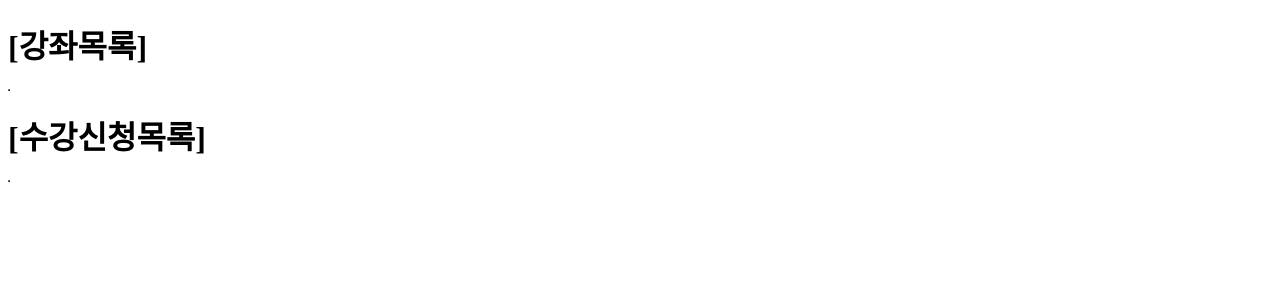
Repository: whwlsghkstm/html
Page: http://localhost/Ex0506/student/list.jsp
The author's editor kept a copy of each file at every save. The page is drawn from the files as they stood at one save, then again after the next save.
The browser window is 1280 px wide. The pictures show the whole page.
Some web libraries are served in a nearby version. The page is served by Tomcat 9. Queries for data that is not in the repository find no rows.

Above is the page before, as saved 2020-05-06 07:45:31.

After the next save:
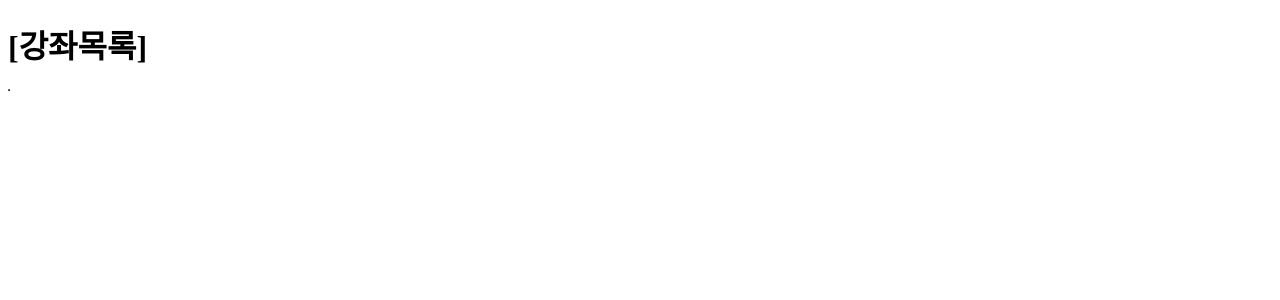
Saved 92 s later.
--- a/Ex0506/WebContent/student/list.jsp
+++ b/Ex0506/WebContent/student/list.jsp
@@ -29,25 +29,7 @@
 		{{/each}}
 	</script>
 
-	<h1>[수강신청목록]</h1>
-	<table id="tab1" border=1></table>
-	<script id="temp1" type="text/x-handlebars-template">
-			<tr class="title1">
-				<td><input type="checkbox" id="checkAll1"></td>
-				<td>학생번호</td>
-				<td>학생이름</td>
-				<td>점수</td>
-			</tr>
 
-		{{#each slist}}
-			<tr class="row1">
-				<td><input type="checkbox" class="check1"></td>
-				<td class="scode">{{scode}}</td>
-				<td class="sname">{{sname}}</td>
-				<td class="grade">{{grade}}</td>
-			</tr>
-		{{/each}}
-	</script>
 </body>
 
 <script>

After the save that followed:
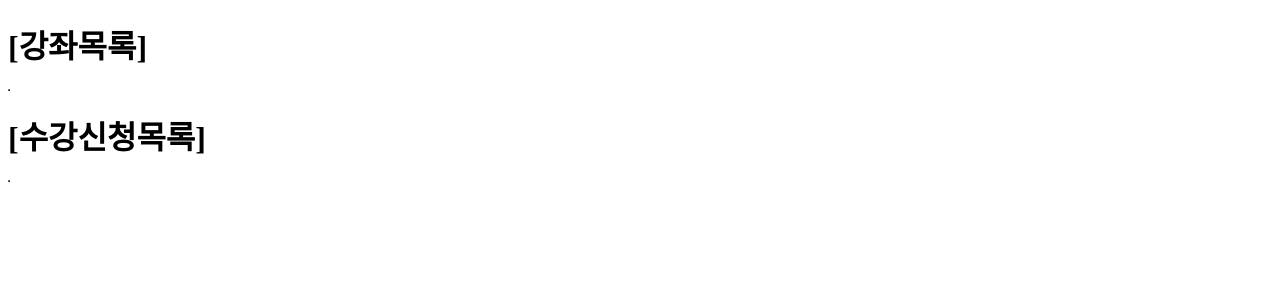
Saved 55 s later.
--- a/Ex0506/WebContent/student/list.jsp
+++ b/Ex0506/WebContent/student/list.jsp
@@ -29,7 +29,25 @@
 		{{/each}}
 	</script>
 
+	<h1>[수강신청목록]</h1>
+	<table id="tab1" border=1></table>
+	<script id="temp1" type="text/x-handlebars-template">
+			<tr class="title1">
+				<td><input type="checkbox" id="checkAll1"></td>
+				<td>학생번호</td>
+				<td>학생이름</td>
+				<td>점수</td>
+			</tr>
 
+		{{#each slist}}
+			<tr class="row1">
+				<td><input type="checkbox" class="check1"></td>
+				<td class="scode">{{scode}}</td>
+				<td class="sname">{{sname}}</td>
+				<td class="grade">{{grade}}</td>
+			</tr>
+		{{/each}}
+	</script>
 </body>
 
 <script>
